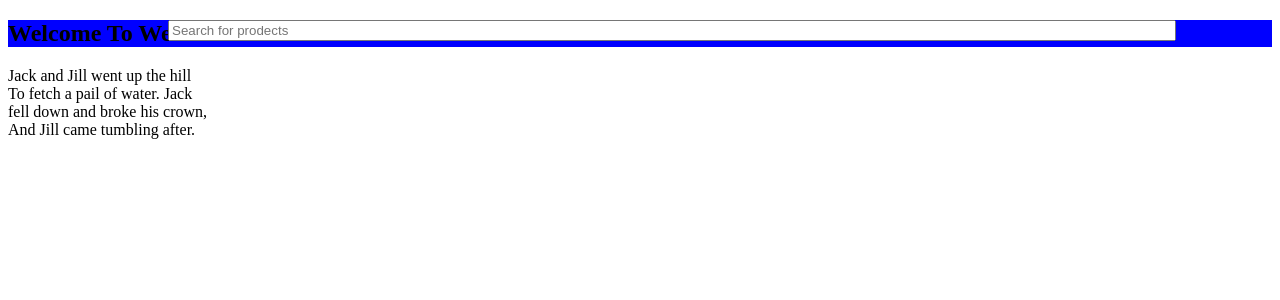
Repository: sourogithub/Final-yr-project-using-j2ee
Page: http://localhost/Webstore/JSP Pages/index.jsp
These files come from the project's save history. The page is drawn as it stood at one moment and after the next save; the edit follows.
The browser window is 1280 px wide. The pictures show the whole page.
The page is served by Tomcat 9.

Above is the page before, as saved 2017-04-11 07:26:48.

### Webstore/WebContent/JSP Pages/index.jsp
<%@ page language="java" contentType="text/html; charset=ISO-8859-1"
    pageEncoding="ISO-8859-1"%>
<!DOCTYPE html PUBLIC "-//W3C//DTD HTML 4.01 Transitional//EN" "http://www.w3.org/TR/html4/loose.dtd">
<html>
<head>
<meta http-equiv="Content-Type" content="text/html; charset=ISO-8859-1">
<title>Webstore</title>

</head>
<body>
<div id="top" style="background:blue">
<h2>Welcome To Webstore
<input type="text" placeholder="Search for prodects" required style="position:absolute;right:104px; border-width:2;float: right;width:1000px"></h2>
</div>
<div id="mydiv" style="width:200px;background:white" onmouseover="this.style.background='gray';" onmouseout="this.style.background='white';">
    Jack and Jill went up the hill
    To fetch a pail of water.
    Jack fell down and broke his crown,
    And Jill came tumbling after.
    </div>
</body>
</html>

After the next save:
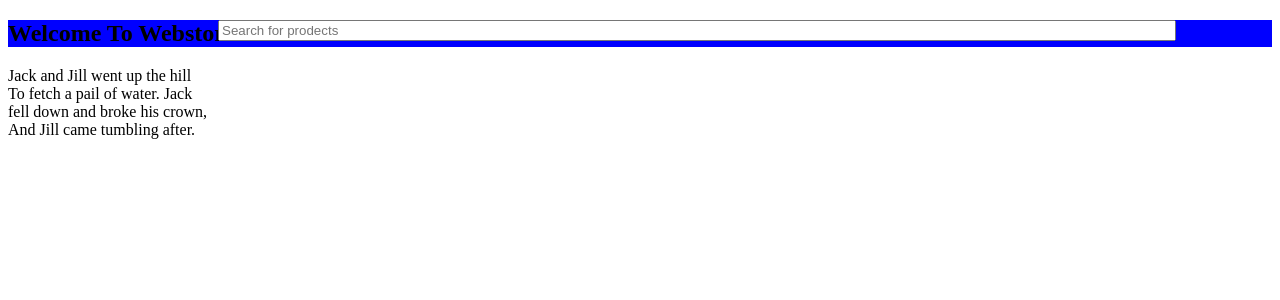
Saved 18 s later.
--- a/Webstore/WebContent/JSP Pages/index.jsp
+++ b/Webstore/WebContent/JSP Pages/index.jsp
@@ -10,7 +10,7 @@
 <body>
 <div id="top" style="background:blue">
 <h2>Welcome To Webstore
-<input type="text" placeholder="Search for prodects" required style="position:absolute;right:104px; border-width:2;float: right;width:1000px"></h2>
+<input type="text" placeholder="Search for prodects" required style="position:absolute;right:104px; border-width:2;float: right;width:950px"></h2>
 </div>
 <div id="mydiv" style="width:200px;background:white" onmouseover="this.style.background='gray';" onmouseout="this.style.background='white';">
     Jack and Jill went up the hill
